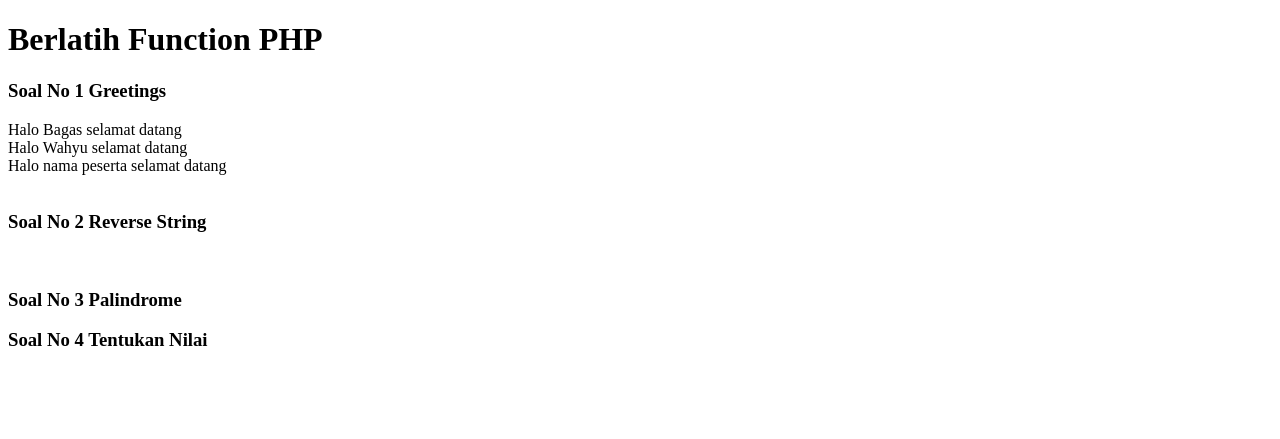
Repository: mfarhannr/IM-Sanbercode-Laravel-Web-Dev
Page: http://localhost/function-conditional.php
An editor plug-in stored every save of this project. The page is shown before and after the next save, followed by the edit.
The browser window is 1280 px wide. The pictures show the whole page.
The page is run by PHP 8.4 with error messages shown; the project is at /var/www/html/.

Above is the page before, as saved 2023-10-06 13:12:02.

### Soal-8-PHP/function-conditional.php
<!DOCTYPE html>
<html lang="en">

<head>
<meta charset="UTF-8">
<meta name="viewport" content="width=device-width, initial-scale=1.0">
<meta http-equiv="X-UA-Compatible" content="ie=edge">
<title>Function</title>
</head>

<body>
<h1>Berlatih Function PHP</h1>
<?php

echo "<h3> Soal No 1 Greetings </h3>";
/*
Soal No 1
Greetings
Buatlah sebuah function greetings() yang menerima satu parameter berupa string.

contoh: greetings("abduh");
Output: "Halo Abduh, Selamat Datang di Sanbercode!"
*/

// Code function di sini
function greetings($nama){
    echo "Halo ". $nama . " selamat datang <br>";
}

// Hapus komentar untuk menjalankan code!
greetings("Bagas");
greetings("Wahyu");
greetings("nama peserta");

echo "<br>";

echo "<h3>Soal No 2 Reverse String</h3>";
/*
Soal No 2
Reverse String
Buatlah sebuah function reverseString() untuk mengubah string berikut menjadi kebalikannya menggunakan function dan looping (for/while/do while).
Function reverseString menerima satu parameter berupa string.
NB: DILARANG menggunakan built-in function PHP sepert strrev(), HANYA gunakan LOOPING!

reverseString("abdul");
Output: ludba

*/

// Code function di sini
function reverse($kata1){
    $panjangKata = strlen($kata1);
    $tampung = "";
    for($i=($panjangKata - 1 ); $i>=0; $i--){
        $tampung .= $kata1[$i];
    }
    return $tampung;
}

function reverseString($kata2){
    $string=reverse($kata2);
    echo  $string . "<br>";
}

// Hapus komentar di bawah ini untuk jalankan Code
// reverseString("nama peserta");
// reverseString("Sanbercode");
// reverseString("We Are Sanbers Developers")
echo "<br>";

echo "<h3>Soal No 3 Palindrome </h3>";
/*
Soal No 3
Palindrome
Buatlah sebuah function yang menerima parameter berupa string yang mengecek apakah string tersebut sebuah palindrome atau bukan.
Palindrome adalah sebuah kata atau kalimat yang jika dibalik akan memberikan kata yang sama contohnya: katak, civic.
Jika string tersebut palindrome maka akan mengembalikan nilai true, sedangkan jika bukan palindrome akan mengembalikan false.
NB:
Contoh:
palindrome("katak") => output : "true"
palindrome("jambu") => output : "false"
NB: DILARANG menggunakan built-in function PHP seperti strrev() dll. Gunakan looping seperti biasa atau gunakan function reverseString dari jawaban no.2!

*/


// Code function di sini

// Hapus komentar di bawah ini untuk jalankan code
// palindrome("civic") ; // true
// palindrome("nababan") ; // true
// palindrome("jambaban"); // false
// palindrome("racecar"); // true


echo "<h3>Soal No 4 Tentukan Nilai </h3>";
/*
Soal 4
buatlah sebuah function bernama tentukan_nilai . Di dalam function tentukan_nilai yang menerima parameter
berupa integer. dengan ketentuan jika paramater integer lebih besar dari sama dengan 85 dan lebih kecil sama dengan 100 maka akan mereturn String “Sangat Baik”
Selain itu jika parameter integer lebih besar sama dengan 70 dan lebih kecil dari 85 maka akan mereturn string “Baik” selain itu jika parameter number lebih besar
sama dengan 60 dan lebih kecil dari 70 maka akan mereturn string “Cukup” selain itu maka akan mereturn string “Kurang”
*/

// Code function di sini

// Hapus komentar di bawah ini untuk jalankan code
// echo tentukan_nilai(98); //Sangat Baik
// echo tentukan_nilai(76); //Baik
// echo tentukan_nilai(67); //Cukup
// echo tentukan_nilai(43); //Kurang


?>

</body>

</html>

After the next save:
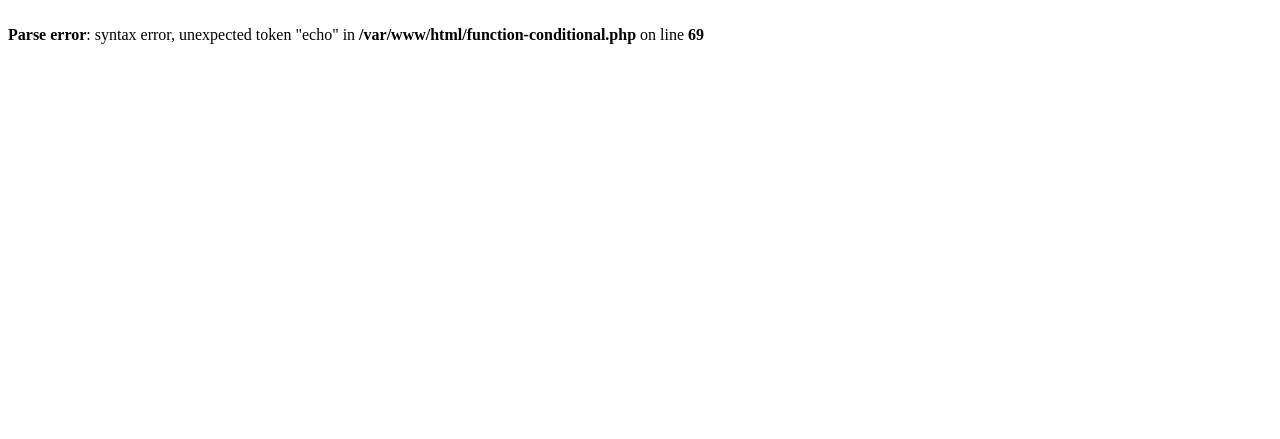
Saved 59 s later.
--- a/Soal-8-PHP/function-conditional.php
+++ b/Soal-8-PHP/function-conditional.php
@@ -63,9 +63,9 @@
 }
 
 // Hapus komentar di bawah ini untuk jalankan Code
-// reverseString("nama peserta");
-// reverseString("Sanbercode");
-// reverseString("We Are Sanbers Developers")
+reverseString("nama peserta");
+reverseString("Sanbercode");
+reverseString("We Are Sanbers Developers")
 echo "<br>";
 
 echo "<h3>Soal No 3 Palindrome </h3>";

After the save that followed:
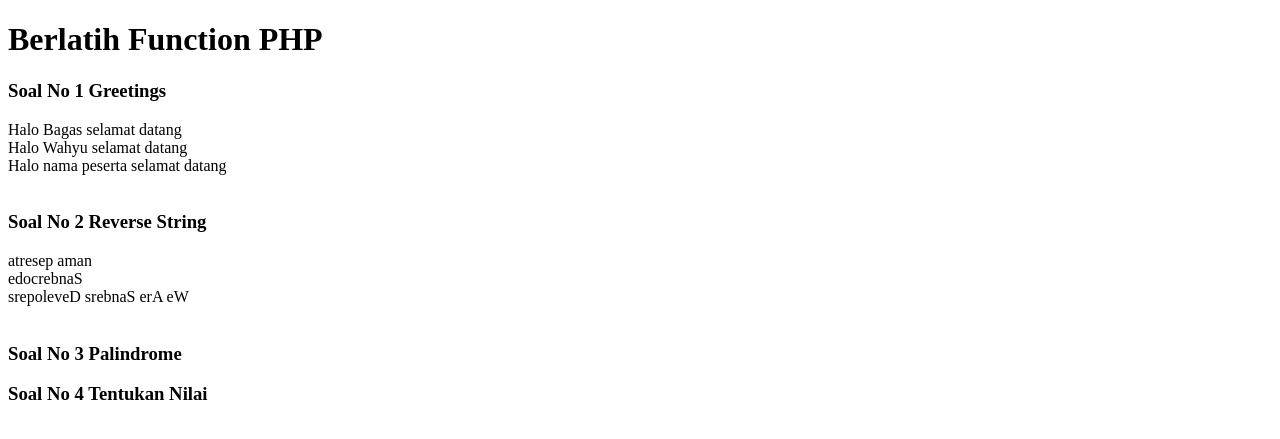
Saved 5 s later.
--- a/Soal-8-PHP/function-conditional.php
+++ b/Soal-8-PHP/function-conditional.php
@@ -65,7 +65,7 @@
 // Hapus komentar di bawah ini untuk jalankan Code
 reverseString("nama peserta");
 reverseString("Sanbercode");
-reverseString("We Are Sanbers Developers")
+reverseString("We Are Sanbers Developers");
 echo "<br>";
 
 echo "<h3>Soal No 3 Palindrome </h3>";
